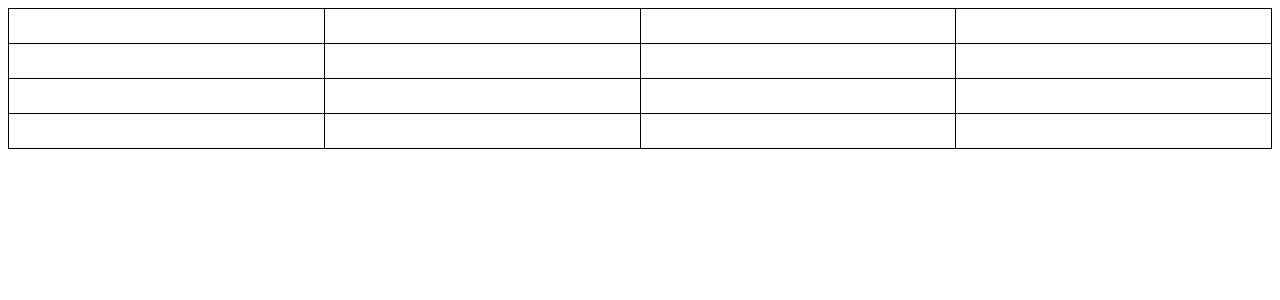
Repository: mrDav90/simple-htmlTable-generator
Page: index.html
These files come from the project's save history. The page is drawn as it stood at one moment and after the next save; the edit follows.
The browser window is 1280 px wide. The pictures show the whole page.

Above is the page before, as saved 2022-08-09 12:55:59.

After the next save:
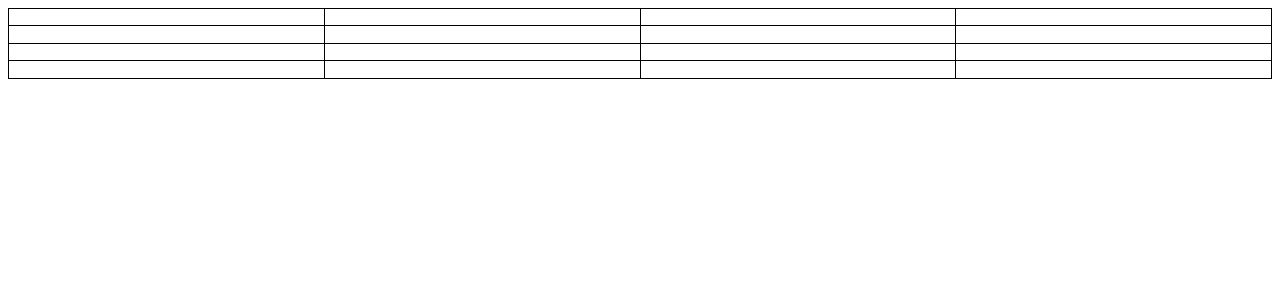
Saved 9 s later.
--- a/index.html
+++ b/index.html
@@ -63,7 +63,7 @@
     }
 
     td{
-        height: 2rem;
+        height: 2vh;
     }
 
 </style>
